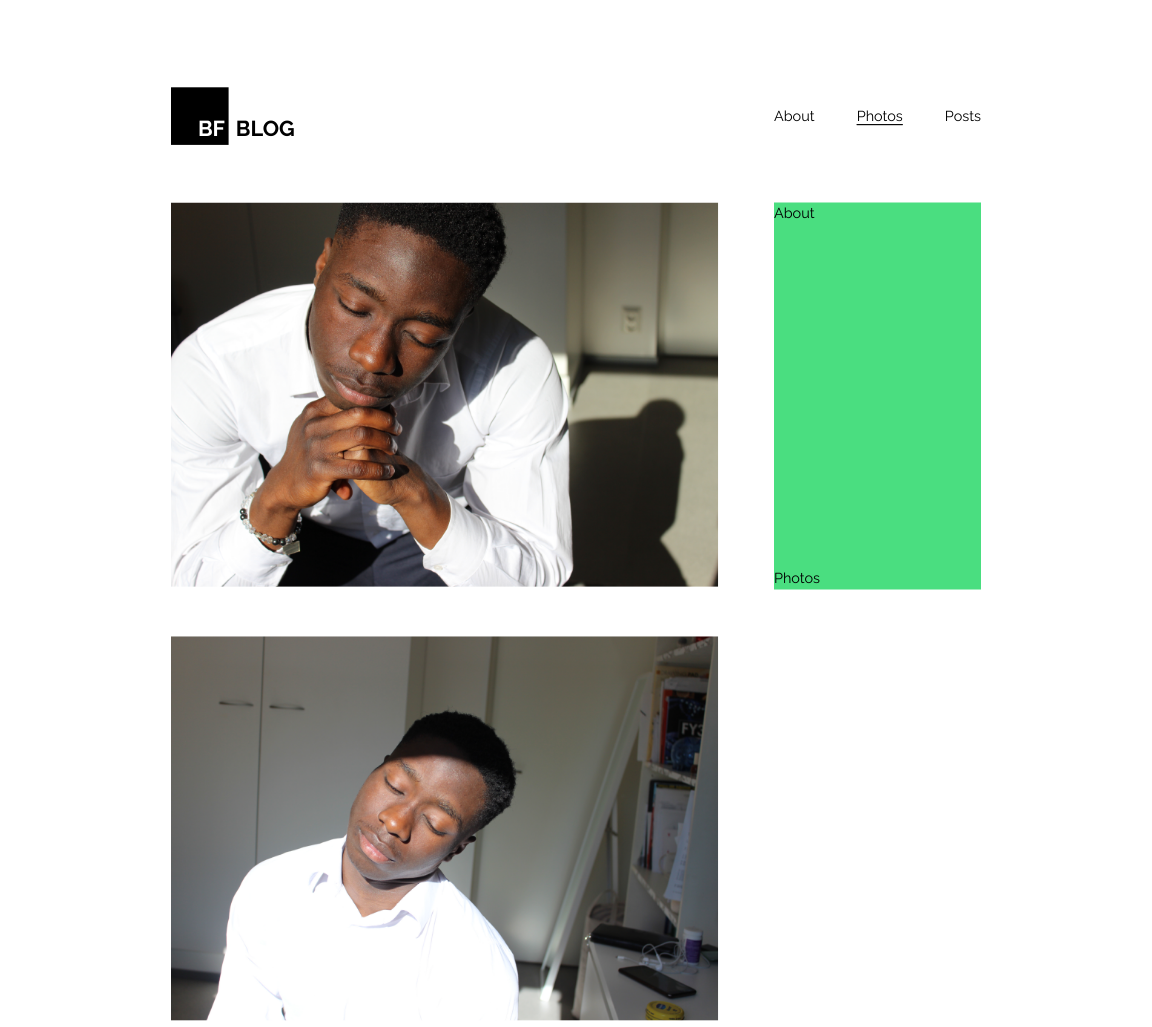
Repository: Graquick/Blog
Page: /photos
The author's editor kept a copy of each file at every save. The page is drawn from the files as they stood at one save, then again after the next save.
The browser window is 1280 px wide. The pictures show the whole page, at 90% of full size.
The project was rebuilt for these pictures with package versions that can differ from the ones it lists, and the page was loaded fresh each time. The framework's server and built-in components were replaced by stand-ins that run in the browser. Also part of the build but not shown: next.config.js, components/Footer.js.

Above is the page before, as saved 2022-07-07 14:16:42.

### pages/_app.js
import React, { useState, useEffect, useRef, useCallback } from 'react';
import { AnimatePresence } from 'framer-motion'
import { ThemeProvider } from 'next-themes'
import { useRouter } from 'next/router'
import '../styles/globals.css'

function MyApp({ Component, pageProps }) {
  const timeoutRef = useRef();

  const clearTimer = useCallback(
    () => clearTimeout(timeoutRef.current),
    []
  );

  // useEffect(() => {
  //   if (timeoutRef.current) clearTimer();

  //   timeoutRef.current = setTimeout(() => {
  //     window.scrollTo(0, 0);
  //   }, 10);

  //   return () => {
  //     clearTimer();
  //   };
  // }, [clearTimer]);

  useEffect(() => {
    window.history.scrollRestoration = 'manual'
  }, []);


  return (
    <AnimatePresence>
      <ThemeProvider attribute="class">
        <Component {...pageProps} />
      </ThemeProvider>
    </AnimatePresence>
  )
}

export default MyApp

### pages/_document.js
import { Html, Head, Main, NextScript } from 'next/document'

export default function Document() {
  return (
    <Html>
      <Head />
      <body style={{ fontFamily: "Raleway, Roboto", scrollBehavior: "smooth" }}>
        <Main />
        <NextScript />
      </body>
    </Html>
  )
}

### pages/photos.js
import React, { useState, useEffect, useRef } from 'react';
import Head from 'next/head';
import Image from 'next/image';
import Link from 'next/link';
import { useRouter } from 'next/router';
import { motion, AnimatePresence } from 'framer-motion';
import { Icon } from '@iconify/react';

import profile from '../public/profile.png'
import photo1 from '../public/photo-1.png'
import photo2 from '../public/photo-2.png'

import Footer from "../components/Footer";
import Header from "../components/Header";

const photos = [
    { id: 1, src: photo1 },
    { id: 2, src: photo2 }
]

const desc = [
    { id: 1, title: 'About', src: photo1, desc: "This blog site is built with Next.js and designed by Figma. This website includes photos and posts related to my work.", desc2: "This blog site is built with Next.js and designed by Figma. This website includes photos and posts related to my work."  },
    { id: 2, title: 'Photos', src: photo2, desc: "This blog site is built with Next.js and designed by Figma. This website includes photos and posts related to my work.", desc2: "This blog site is built with Next.js and designed by Figma. This website includes photos and posts related to my work." }
]

const layInfo = {
    fixed: "absolute bottom-[4rem] right-0 m-auto flex flex w-[230px] justify-between"
}

export default function Photos() {
  return (
    <>
      <motion.main className="min-h-screen">
          <div className="absolute top-0 left-0 bottom-0 right-0 m-auto w-fit h-fit">
            <Header />
            <div className="w-[900px] h-[430px] flex justify-between">
              <div>
                {photos.map((img, i) => (
                  <div key={i} className="mb-12">
                    <Image src={img.src}
                      alt="Img"
                      width={608}
                      height={427}
                      blurDataURL={profile}
                      placeholder="blur"
                      priority
                    />
                  </div>
                ))}
              </div>

              <div className="w-[230px] bg-green-400 h-full flex flex-col justify-between">
                {desc.map((desc, i) => (
                  <div key={i}>
                    <h2>{desc.title}</h2>
                  </div>
                ))}
              </div>

              {/* <div className="w-[230px] h-full flex flex-col justify-between">
                <h1 className="text-[2.25rem] font-bold leading-10">Brima Freeman</h1>
                <div className="h-[215px] flex flex-col justify-between">
                  <p className="text-[.9rem]">Hey, I&apos;m a Frontend Developer based in Finland. I enjoy working with Next.js and crafting beautiful front-end experiences.
                  </p>
                  <p className="text-[.9rem]">
                  This blog site is built with Next.js and designed by Figma. This website includes photos and posts related to my work.
                  </p>
                </div>
                <Footer />
              </div> */}
            </div>
        </div>
      </motion.main>
    </>
  )
}

### styles/globals.css
@import url('https://fonts.googleapis.com/css2?family=Press+Start+2P&family=Raleway:wght@300;400;500;600;700&family=Roboto:wght@300;400;500;700&display=swap');
@tailwind base;
@tailwind components;
@tailwind utilities;

* {
  box-sizing: border-box;
}

html,
body {
  padding: 0;
  margin: 0;
}

### components/Header.js
import React, { useState, useEffect, useRef } from 'react';
import Head from 'next/head';
import Image from 'next/image';
import Link from 'next/link';
import { useRouter } from 'next/router';
import { motion, AnimatePresence } from 'framer-motion';
import { Icon } from '@iconify/react';

const Logo = () => {
    return (
        <div className="w-fit flex justify-center gap-2 cursor-pointer transition-all duration-150 ease-in-out group">
            <div className="text-[1.5rem] font-bold uppercase bg-black text-white w-16 h-16 flex items-end justify-end py-0 px-1 ease-in-out dark:bg-zinc-500 dark:text-zinc-400">bf</div><div className="text-[1.5rem] flex items-end justify-end font-bold uppercase text-black ease-in-out dark:text-zinc-500">
                blog
            </div>
        </div>
    )
}

const links = [
    { id: 1, title: 'About', href: '/'},
    { id: 2, title: 'Photos', href: '/photos'},
    { id: 3, title: 'Posts', href: '/posts'}
]

function Header() {
    const router = useRouter();
  return (
    <>
        <main className="left-0 m-auto right-0 py-8 w-full mb-8 h-[8rem] flex justify-between items-center">
            <div >
                <Logo />
            </div>

            <nav className="h-fit">
                <ul className="flex w-[230px] justify-between">
                    {links.map((links, i) => (
                        <div key={i}>
                            <li className={router.pathname === links.href ? "underline-offset-4 underline" : ""}>
                                <Link href={links.href}>
                                    {links.title}
                                </Link>
                            </li>
                        </div>
                    ))}
                </ul>
            </nav>
        </main>
    </>
  )
}

export default Header

### tailwind.config.js
module.exports = {
  content: [
    "./pages/**/*.{js,ts,jsx,tsx}",
    "./components/**/*.{js,ts,jsx,tsx}",
  ],
  darkMode: "class", // "false" or "media"
  theme: {
    extend: {

    },
    screens: {
      '2xl': {'max': '1440px'},
      // => @media (max-width: 1440px) { ... }

      'xl': {'max': '1024px'},
      // => @media (max-width: 1024px) { ... }

      'lg': {'max': '768px'},
      // => @media (max-width: 768px) { ... }

      'md': {'max': '425px'},
      // => @media (max-width: 425px) { ... }

      'sm': {'max': '375px'},
      // => @media (max-width: 375px) { ... }

      'xs': {'max': '320px'},
      // => @media (max-width: 320px) { ... }
    },
    fontFamily: {
      'raleway': "Raleway, sans-serif",
      'roboto': "Roboto, sans-serif",
      'play': "Press\\ Start\\ 2P, cursive"
    }
  },
  plugins: [require('@tailwindcss/forms')],
}

After the next save:
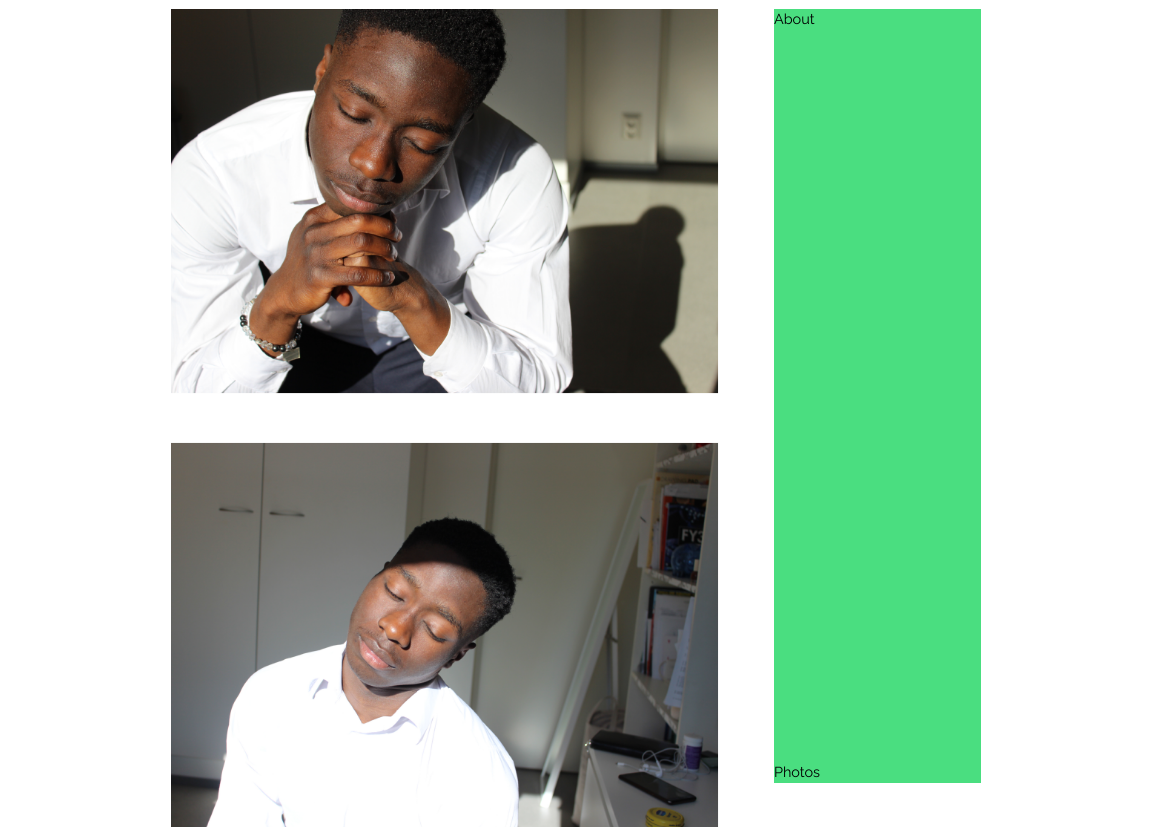
Saved 29 s later.
--- a/pages/photos.js
+++ b/pages/photos.js
@@ -33,7 +33,7 @@ export default function Photos() {
       <motion.main className="min-h-screen">
           <div className="absolute top-0 left-0 bottom-0 right-0 m-auto w-fit h-fit">
             <Header />
-            <div className="w-[900px] h-[430px] flex justify-between">
+            <div className="w-[900px] h-[860px] flex justify-between">
               <div>
                 {photos.map((img, i) => (
                   <div key={i} className="mb-12">
